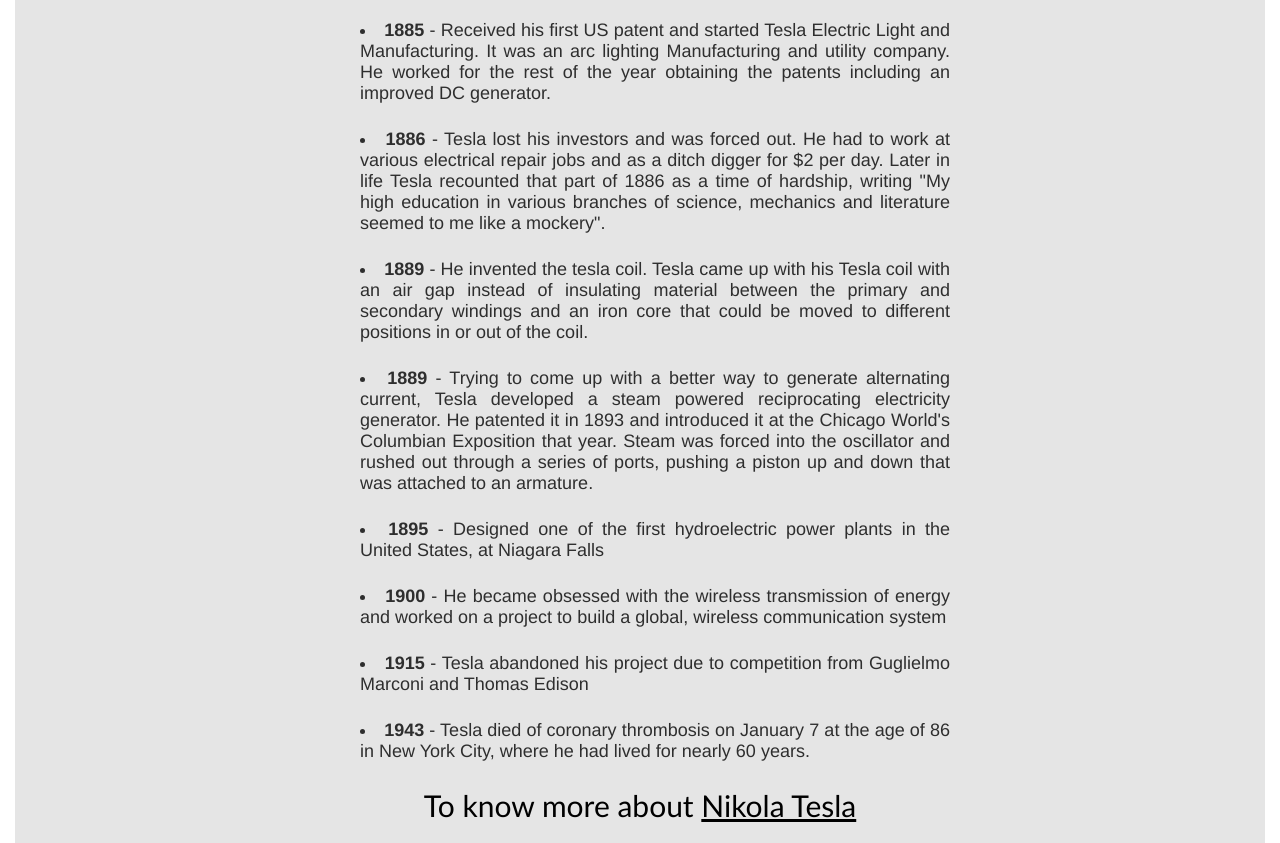
Repository: Avishka217/Tribute-Page
Page: index.html
These files come from the project's save history. The page is drawn as it stood at one moment and after a run of saves; the edit follows.
The browser window is 1280 px wide. The pictures show the part of the page from y = 907 to 1859 px (the page is 1750 px tall before and 1859 px after).
A picture or video elsewhere on the page could not be fetched, so the positions and the page height are approximate.

Above is the page before, as saved 2020-03-18 20:08:42.

After the next 2 saves:
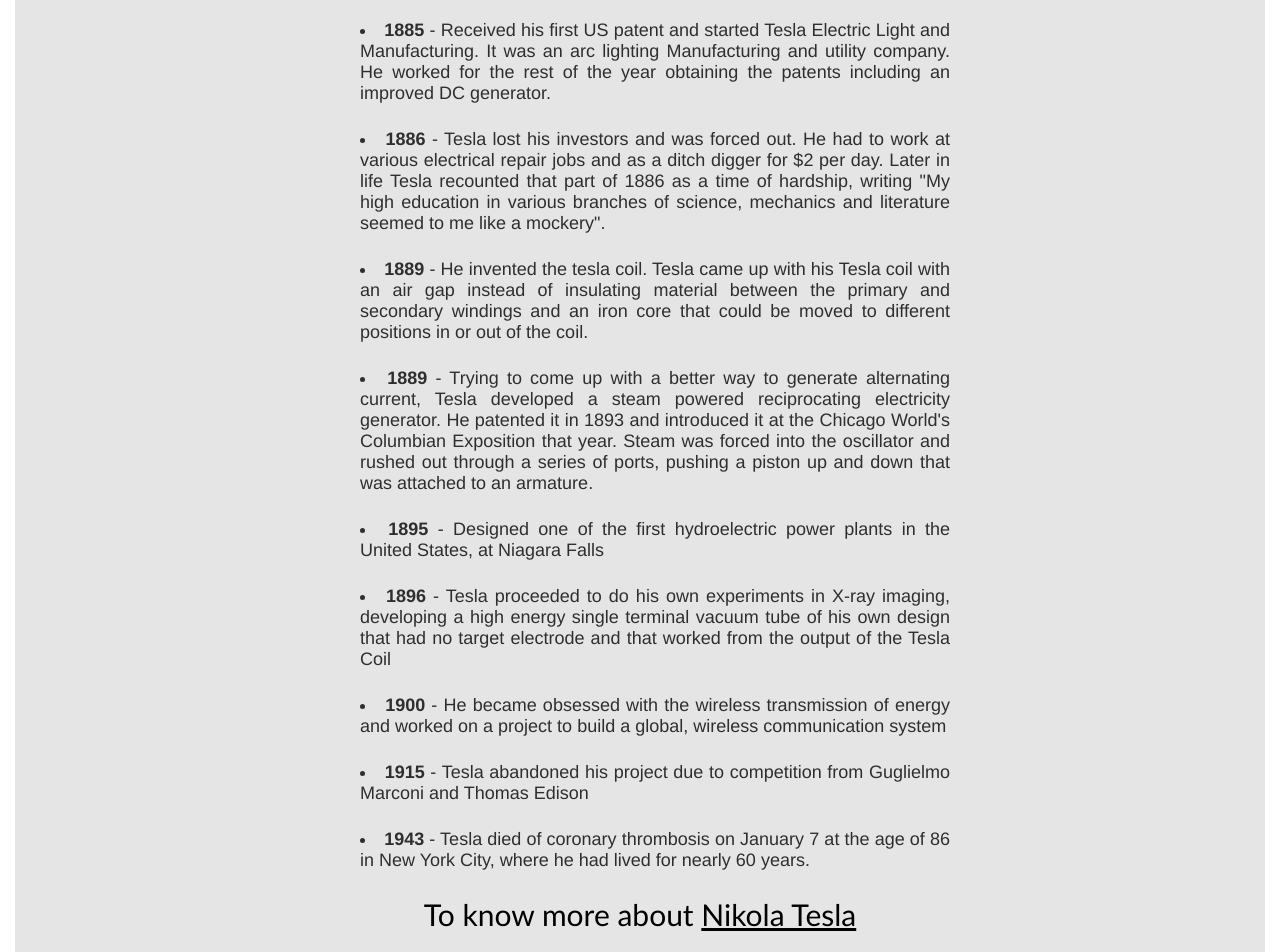
The 2 saves are shown as one change because they came seconds apart.
The last was saved 117 s later.
--- a/index.html
+++ b/index.html
@@ -56,6 +56,9 @@
                     pushing a piston up and down that was attached to an armature.</li>
                 <li><b>1895</b> - Designed one of the first hydroelectric power plants in the United States, at Niagara
                     Falls</li>
+                <li><b>1896</b> - Tesla proceeded to do his own experiments in X-ray imaging, developing a high energy
+                    single terminal vacuum tube of his own design
+                    that had no target electrode and that worked from the output of the Tesla Coil</li>
                 <li><b>1900</b> - He became obsessed with the wireless transmission of energy and worked on a project to
                     build a global, wireless communication system</li>
                 <li><b>1915</b> - Tesla abandoned his project due to competition from Guglielmo Marconi and Thomas
